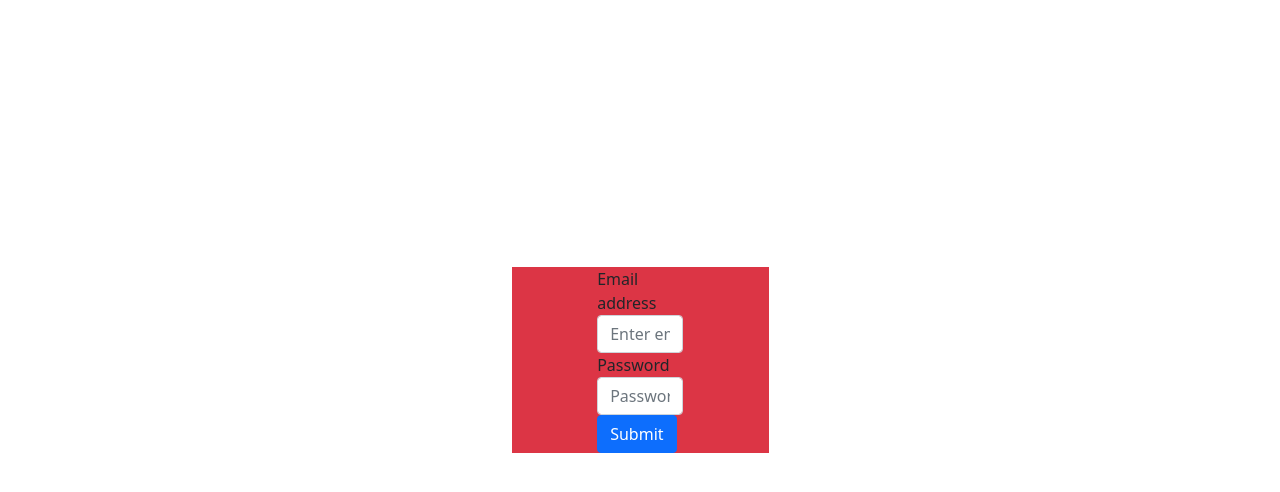
Repository: mariamkhaledsapra/E-Commerce-main
Page: /login
The author's editor kept a copy of each file at every save. The page is drawn from the files as they stood at one save, then again after the next save.
The browser window is 1280 px wide. The pictures show the whole page.
The project was rebuilt for these pictures with package versions that can differ from the ones it lists, and the page was loaded fresh each time. Also part of the build but not shown: src/App.css, src/components/Navbar.jsx, src/App.js.

Above is the page before, as saved 2024-02-13 21:57:31.

After the next save:
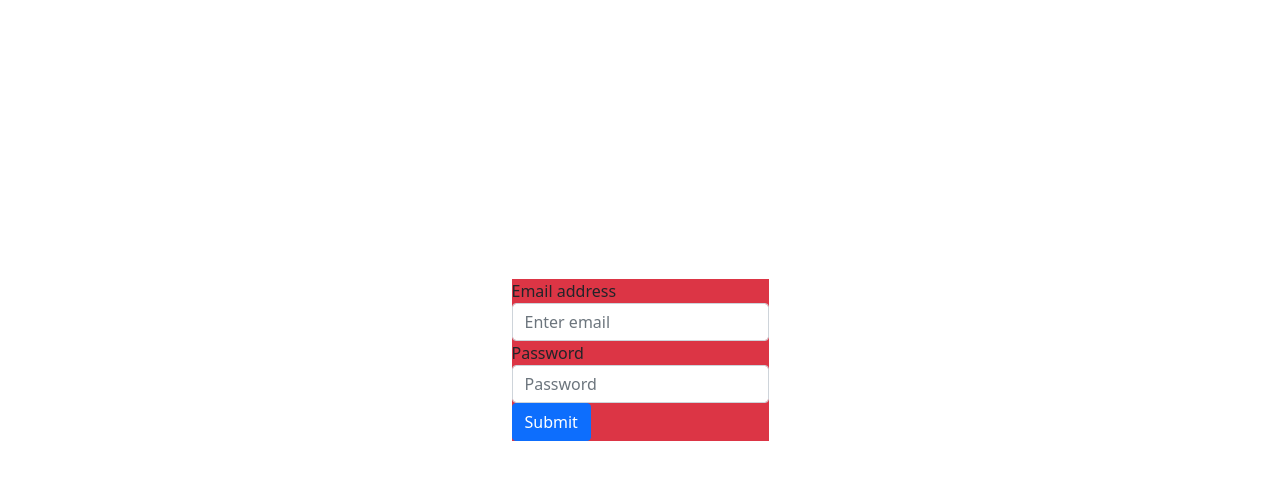
Saved 10 s later.
--- a/src/components/Login.jsx
+++ b/src/components/Login.jsx
@@ -4,7 +4,7 @@ const Login = () => {
   return (
     <div class=" bg-danger d-flex">
       <div class=" col-12">
-        <div class="col-md-4 offset-md-4">
+        <div class="">
           <div class="login-form">
             <form>
               <div class="form-group">
